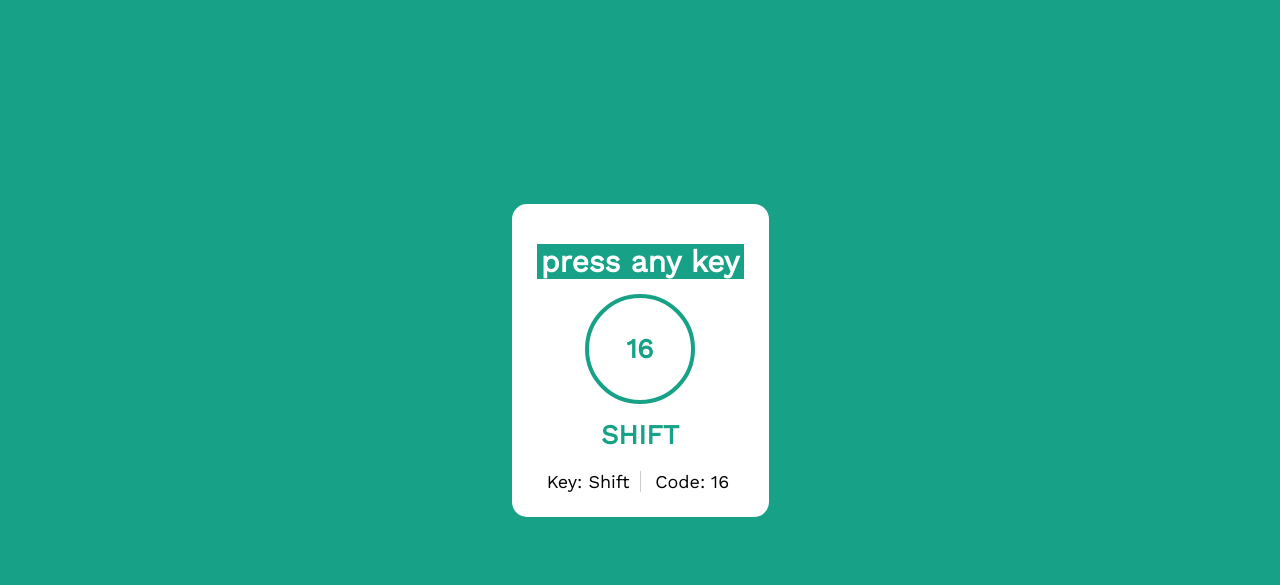
Repository: youssef168/Key-Detection
Page: index.htm
The author's editor kept a copy of each file at every save. The page is drawn from the files as they stood at one save, then again after the next save.
The browser window is 1280 px wide. The pictures show the whole page.

Above is the page before, as saved 2021-12-17 13:22:52.

### index.htm
<!DOCTYPE html>
<html lang="en">
<head>
    <meta charset="UTF-8">
    <meta http-equiv="X-UA-Compatible" content="IE=edge">
    <meta name="viewport" content="width=device-width, initial-scale=1.0">
    <link rel="stylesheet" href="./style.css">
    <title>Key Detection</title>
</head>
<body>
    <div class="box">
        <p class="text">press any key</p>
        <div class="content">
            <div class="key-code">16</div>
            <div class="key-name">shift</div>
            <div class="details">
                <p class="key">Key: <span>Shift</span></p>
                <p class="code">Code: <span>16</span></p>
            </div>
        </div>
    </div>

    <script src="./script.js"></script>
</body>
</html>

### style.css
@import url("https://fonts.googleapis.com/css2?family=Work+Sans:ital,wght@0,300;0,400;1,400;1,500&display=swap");

* {
  font-family: "Work Sans", sans-serif;
  box-sizing: border-box;
  padding: 0;
  margin: 0;
}

ul li {
  list-style: none;
}

body {
    display: flex;
    justify-content: center;
    align-items: center;
    min-height: 100vh;
    margin: auto;
    background-color: #17A288;
}

.box {
    background: #fff;
    padding: 25px;
    width: 257px;
    border-radius: 15px;
}

.content, .key-code, .details {
    display: flex;
    align-items: center;
    justify-content: center;
}

.box .content {
    flex-direction: column;
}
.key-code {
    border: 4px solid #17A288;
    border-radius: 50%;
    width: 110px;
    height: 110px;
    font-size: 27px;
}

.text ,.key-code, .key-name {
    font-size: 27px;
    font-weight:bold;
    color: #17A288;
    margin-top: 15px;
}

.text {
    text-align: center;
    font-size: 30px;
    background-color: #17A288;
    color: #fff;
}

.key-name {
    text-transform: uppercase;
}

.details {
    width: 100%;
    justify-content: space-between;
    margin-top: 20px;
}

.details p {
    font-size: 18px;
    width: 100%;
    text-align: center;
}

.details p:last-child {
    border-left: 1px solid #ccc;
}

Loaded but not shown: script.js (no stored copy; drawn as an empty file)

After the next save:
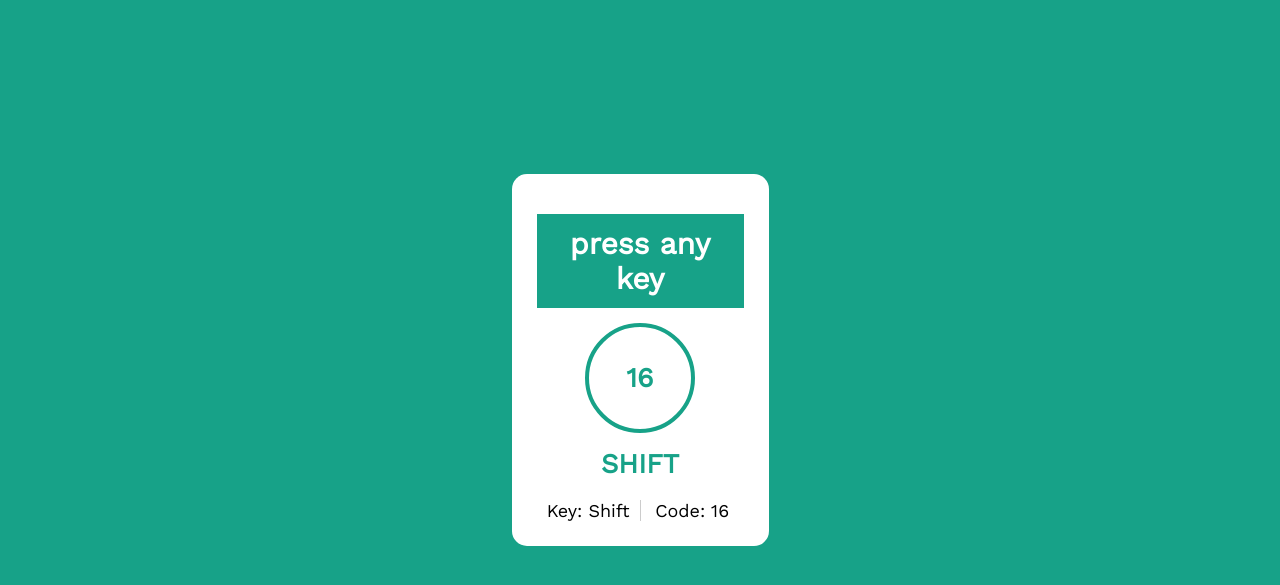
Saved 7 s later.
--- a/style.css
+++ b/style.css
@@ -56,6 +56,7 @@ body {
     font-size: 30px;
     background-color: #17A288;
     color: #fff;
+    padding: 12px;
 }
 
 .key-name {
